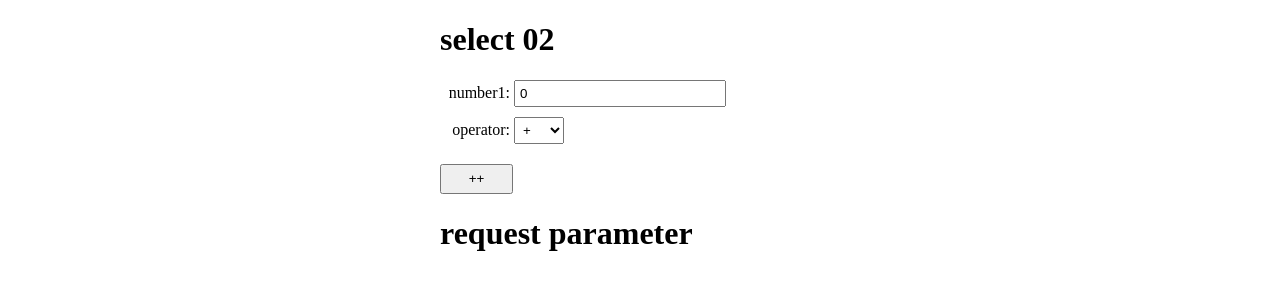
Repository: 5anniversary/JSPhw
Page: http://localhost/lecture1/form01/form1.jsp
An editor plug-in stored every save of this project. The page is shown before and after the next save, followed by the edit.
The browser window is 1280 px wide. The pictures show the whole page.
The page is served by Tomcat 9.

Above is the page before, as saved 2020-04-11 11:36:10.

After the next save:
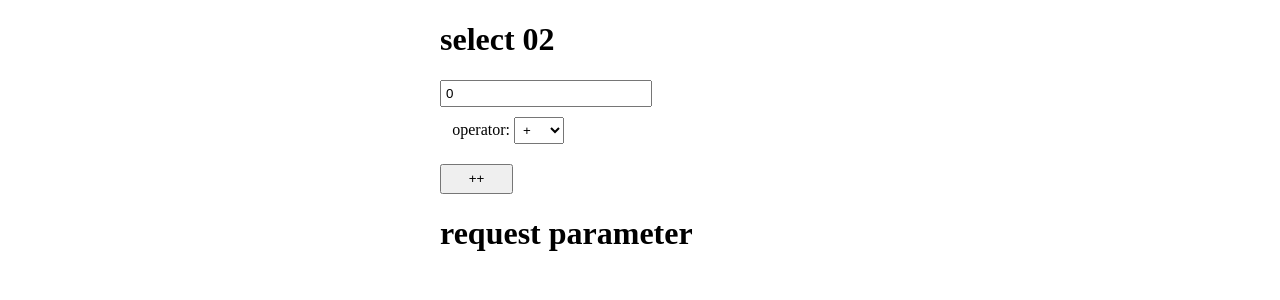
Saved 37 s later.
--- a/lecture1/WebContent/form01/form1.jsp
+++ b/lecture1/WebContent/form01/form1.jsp
@@ -71,8 +71,7 @@ td, th {
 		<form method="get">
 			<h1>select 02</h1>
 			<div>
-				<label>number1:</label> <input type="text" name="number1"
-					value="<%= result %>" />
+			 <input type="text" name="number" value="<%= result %>" />
 			</div>
 			<div>
 				<label>operator:</label> <select name="cmd">
